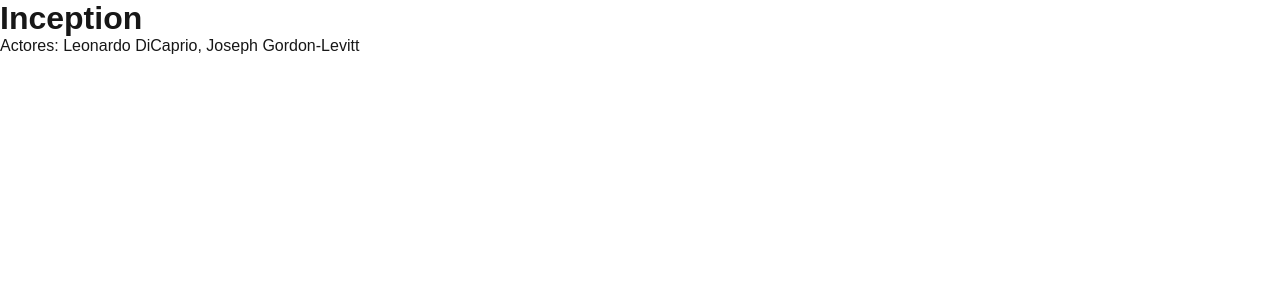
Repository: osoriomrs/ICS_IA
Page: /movies (app in ejer_11.1/)
The author's editor kept a copy of each file at every save. The page is drawn from the files as they stood at one save, then again after the next save.
The browser window is 1280 px wide. The pictures show the whole page.
The project was rebuilt for these pictures with package versions that can differ from the ones it lists, and the page was loaded fresh each time. The framework's server and built-in components were replaced by stand-ins that run in the browser. Also part of the build but not shown: ejer_11.1/next.config.mjs.

Above is the page before, as saved 2026-02-04 12:21:54.

After the next save:
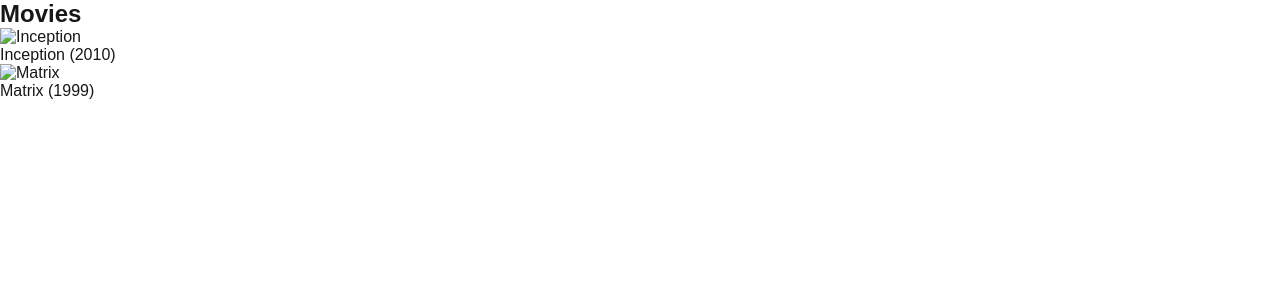
Saved 5 s later.
--- a/ejer_11.1/app/movies/page.js
+++ b/ejer_11.1/app/movies/page.js
@@ -1,30 +1,21 @@
 import Link from 'next/link';
+import { getAllMovies } from '@/lib/cinema';
 
-export default function MovieDetailPage({ params }) {
-  const movie = {
-    title: "Inception",
-    actors: ["Leonardo DiCaprio", "Joseph Gordon-Levitt"]
-  };
-
+export default function MoviesPage() {
+  const movies = getAllMovies();
   return (
-    <div>
-      <h1>{movie.title}</h1>
-
-      <p>
-        Actores:{' '}
-        {movie.actors && movie.actors.length > 0 ? (
-          movie.actors.map((actorName, index) => (
-            <span key={actorName}>
-              <Link href={`/actors/${actorName.toLowerCase().replace(/\s/g, '-')}`}>
-                {actorName}
-              </Link>
-              {index < movie.actors.length - 1 && ', '}
-            </span>
-          ))
-        ) : (
-          'No hay actores disponibles'
-        )}
-      </p>
-    </div>
+    <section>
+      <h1>Movies</h1>
+      <ul>
+        {movies.map(movie => (
+          <li key={movie.id}>
+            <Link href={`/movies/${movie.id}`}>
+              <img src={movie.poster} alt={movie.title} width={150} />
+              <p>{movie.title} ({movie.year})</p>
+            </Link>
+          </li>
+        ))}
+      </ul>
+    </section>
   );
 }
